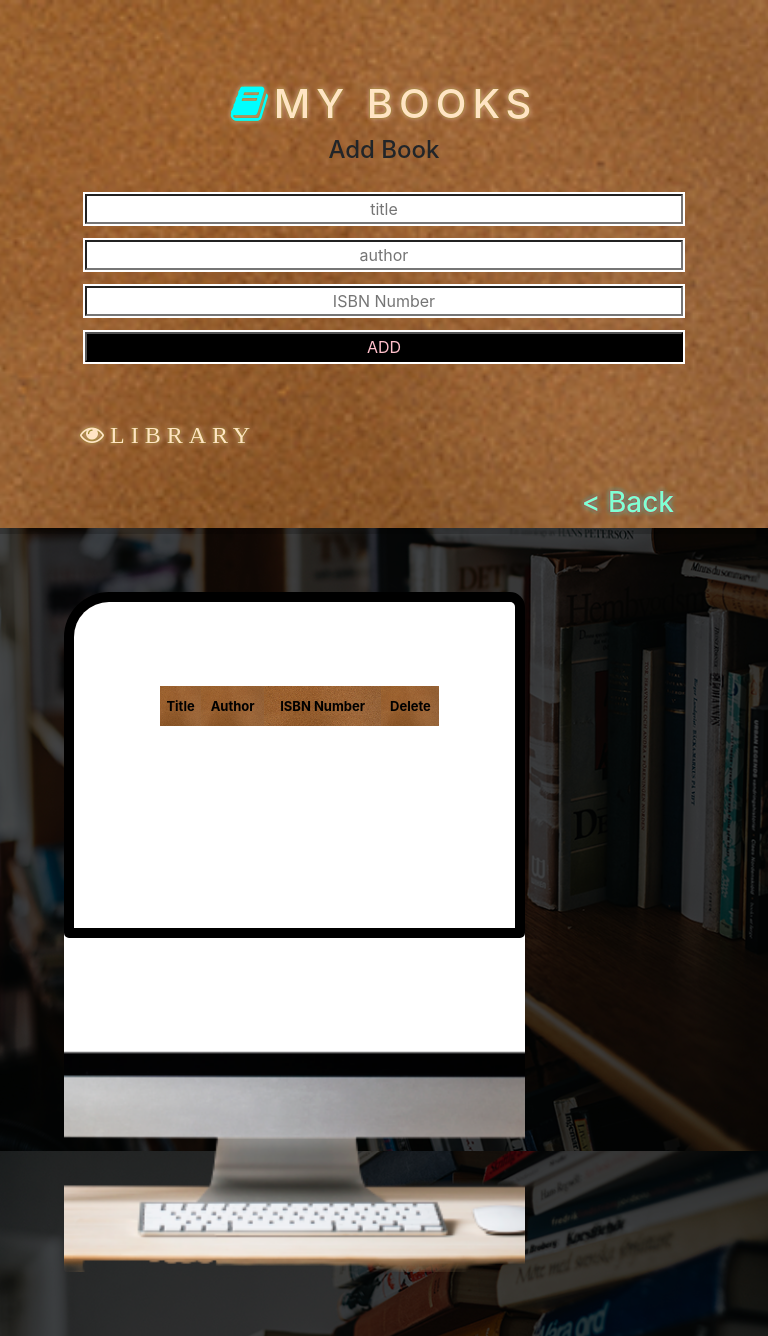
Repository: CSituma/Home-Library-App
Page: libu.html
These files come from the project's save history. The page is drawn as it stood at one moment and after the next save; the edit follows.
The browser window is 768 px wide. The pictures show the whole page.
Backgrounds fixed to the window are drawn as part of the page. Some web libraries are served in a nearby version.

Above is the page before, as saved 2020-11-10 21:59:53.

After the next save:
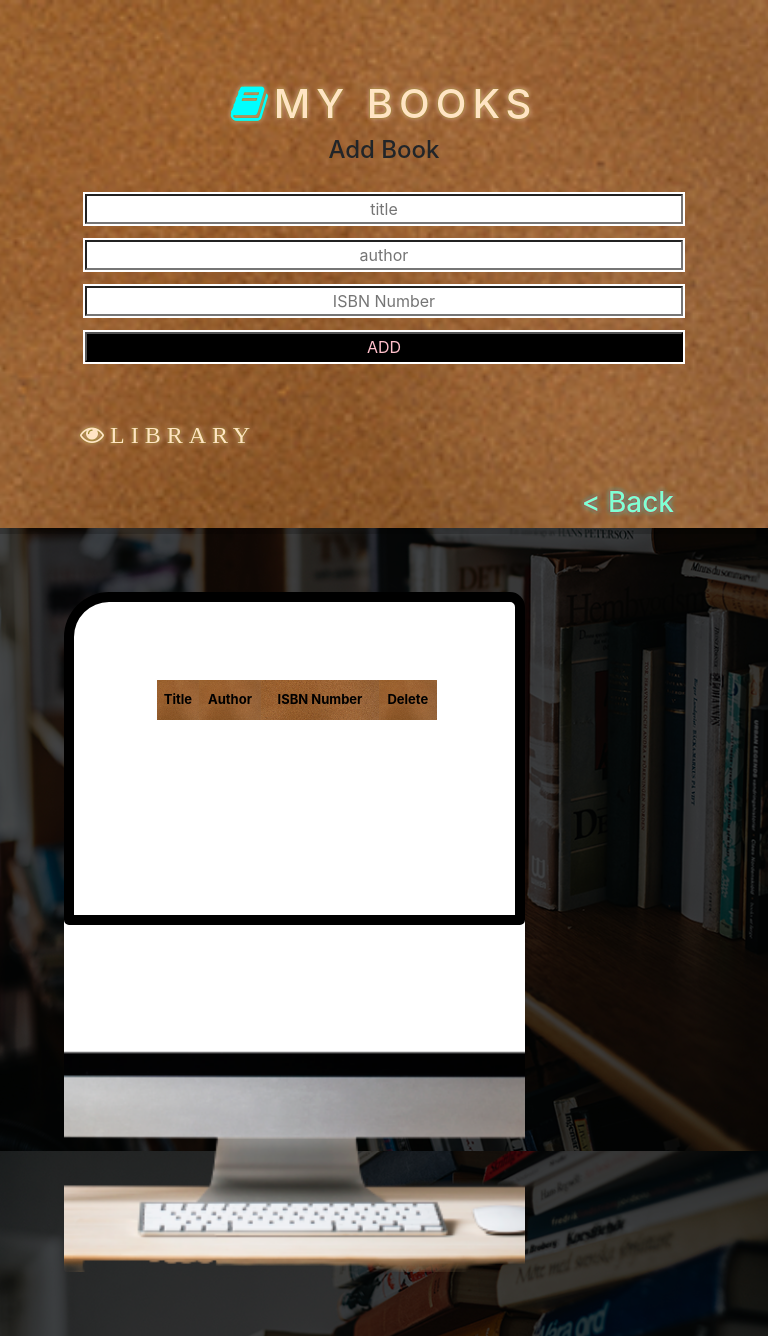
Saved 87 s later.
--- a/style.css
+++ b/style.css
@@ -242,6 +242,9 @@
 .columns{
   flex-direction: column;
 }
+table {
+  margin: 0;
+}
 .js{
   width:100%;
   padding: 0 5em;

After the 2 saves that followed:
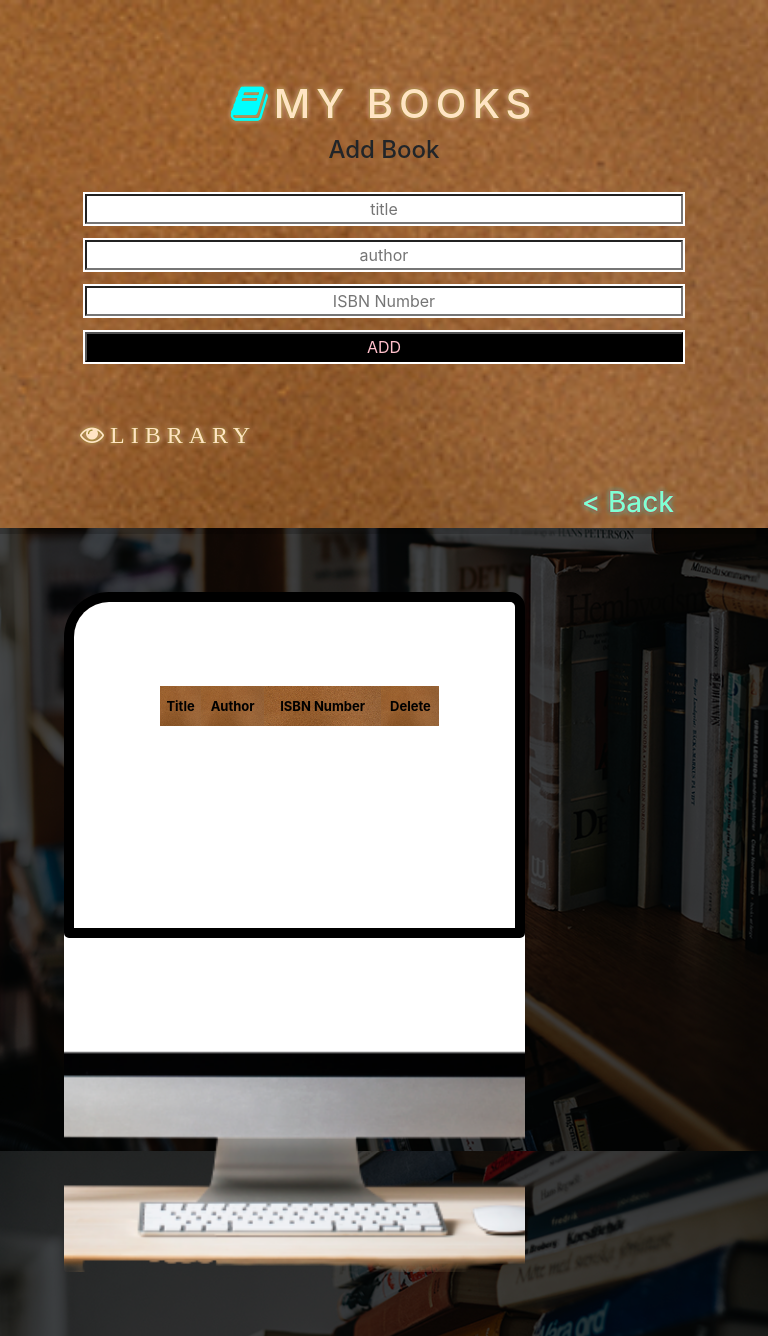
The 2 saves are shown as one change because 1 left the picture as it was.
The last was saved 51 s later.
--- a/style.css
+++ b/style.css
@@ -242,8 +242,9 @@
 .columns{
   flex-direction: column;
 }
-table {
+tr{
   margin: 0;
+  padding: 4em;
 }
 .js{
   width:100%;
